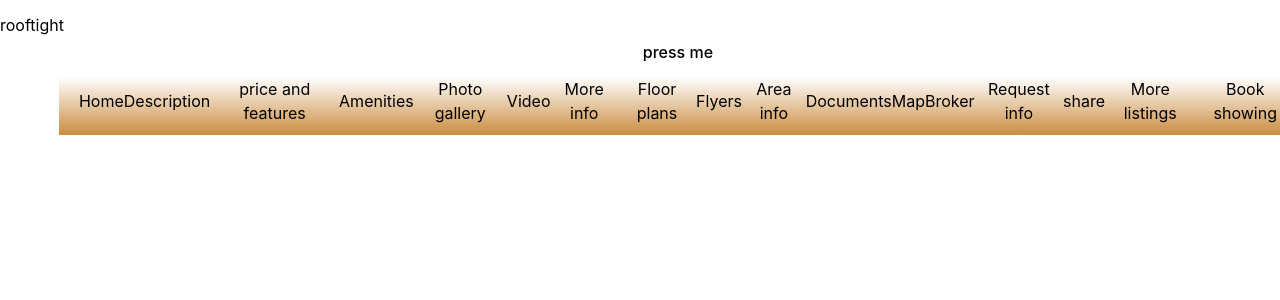
Repository: TMuse333/real-estate-landingpage
Page: /
The author's editor kept a copy of each file at every save. The page is drawn from the files as they stood at one save, then again after the next save.
The browser window is 1280 px wide. The pictures show the whole page.
The project was rebuilt for these pictures with package versions that can differ from the ones it lists, and the page was loaded fresh each time. Also part of the build but not shown: vite.config.js.

Above is the page before, as saved 2023-09-19 16:08:06.

### src/App.jsx
import { useState } from 'react'

import './App.css'

import Navbar from './components/navbar'

function App() {


  return (
    <>
    <Navbar/>
    </>
  )
}

export default App

### src/App.css
.header-container{
  display: flex;
  justify-content: space-between;
  align-items: center;
  width: 100vw;
  position: fixed;
  top: 0px;
  background: linear-gradient(to right, #ffffff, #ffffff);
  height: 50px;
  z-index: 10000;
  color:black;

 }

 .nav-list{

  list-style: none;
padding: 0;
  padding-bottom: 10px; /* Remove any default padding */
  margin: 0;
  transform: translate(15px,60px);
  width: 55%;
  background: linear-gradient( #ffffff, #ca8c3f);
}

.list-container {
  position: relative;
  display: flex;
  flex-direction: column;
  align-items: center; /* Vertically center-align the items */
  text-align: center;
  color: black; /* Horizontally center-align the text within li elements */
}

.nav-button{
  margin-right: 20px;
  transform: translate(1rem,3.5rem);
  background-color: transparent;
  color: black;
}

@media screen and (min-width: 415px) and (min-height: 415px){
  .nav-list{
    display: flex;
    align-items: center;
    justify-content: space-between;
    padding-left: 20px;
    padding-right: 20px;
    width: 100%;
  }
  }

### src/components/navbar.jsx
import React, { useState,useEffect } from 'react';




const Navbar = () => {
  const [subMenuVisible, setSubMenuVisible] = useState(false);

  const toggleSubMenu = () => {
    setSubMenuVisible(!subMenuVisible);
  };

  const scrollToSection = (sectionId) => {

    const element = document.getElementById(sectionId);
    if (element) {

      element.scrollIntoView({
        behavior: 'smooth', // Smooth scrolling
        block: 'start',    // Scroll to the top of the element
      });
    }
  }

  useEffect(() => {
    // Function to update sub-menu visibility when the screen width changes
    const handleResize = () => {
      const screenWidth = window.innerWidth;
      setSubMenuVisible(screenWidth >= 415); // Set subMenuVisible to true if screen width is at least 415 pixels
    };

    // Add a resize event listener to update the sub-menu visibility
    window.addEventListener('resize', handleResize);

    // Initial call to set sub-menu visibility based on current screen width
    handleResize();

    // Clean up the event listener when the component unmounts
    return () => {
      window.removeEventListener('resize', handleResize);
    };
  }, []);

  const style = {

    opacity: subMenuVisible ? 1 : 0
    ,

  };

  return (
    <div className='header-container'>
      <div className='logo'>rooftight</div>
      <div className='list-container'>
        <button onClick={toggleSubMenu} className='nav-button'>
          press me
        </button>
        <ul style={style} className='nav-list'>

          <li onClick={()=>scrollToSection('about')}>Home</li>

          <li onClick={()=>scrollToSection('description')}>Description</li>

          <li onClick={()=>scrollToSection('price')}>price and features</li>

          <li onClick={()=>scrollToSection('amenities')}>Amenities</li>

          <li onClick={()=>scrollToSection('photo-gallery')}>Photo gallery</li>

          <li onClick={()=>scrollToSection('video')}>Video</li>

          <li onClick={()=>scrollToSection('more-info')}>More info</li>

          <li onClick={()=>scrollToSection('floor-plans')}>Floor plans</li>

          <li onClick={()=>scrollToSection('flyers')}>Flyers</li>

          <li onClick={()=>scrollToSection('area-info')}>Area info</li>

          <li onClick={()=>scrollToSection('document')}>Documents</li>

          <li onClick={()=>scrollToSection('map')}>Map</li>

          <li onClick={()=>scrollToSection('broker')}>Broker</li>

          <li onClick={()=>scrollToSection('request-info')}>Request info</li>

          <li onClick={()=>scrollToSection('share')}>share</li>

          <li onClick={()=>scrollToSection('more-listings')}>More listings</li>

          <li onClick={()=>scrollToSection('book-showing')}>Book showing</li>





        </ul>
      </div>
    </div>
  );
};

export default Navbar;

Loaded but not shown: index.html (common file); src/main.jsx (common file); src/index.css (common file)

After the next save:
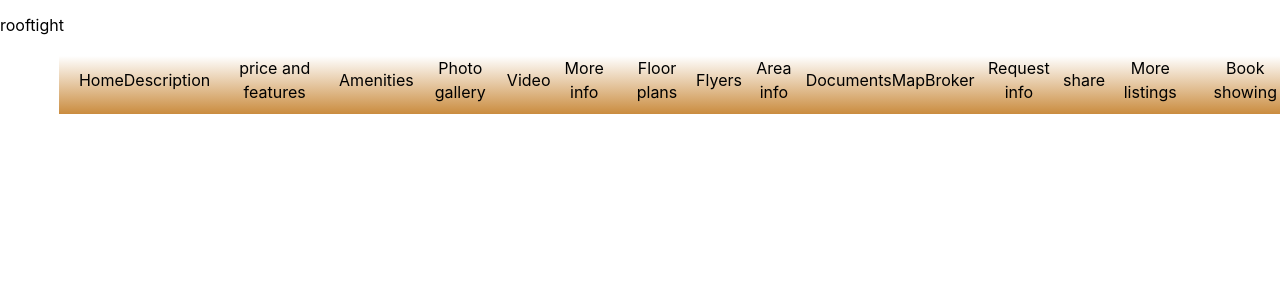
Saved 14 s later.
--- a/src/App.css
+++ b/src/App.css
@@ -48,4 +48,9 @@ padding: 0;
     padding-right: 20px;
     width: 100%;
   }
+
+  .nav-button{
+    display: none;
   }
+
+  }
